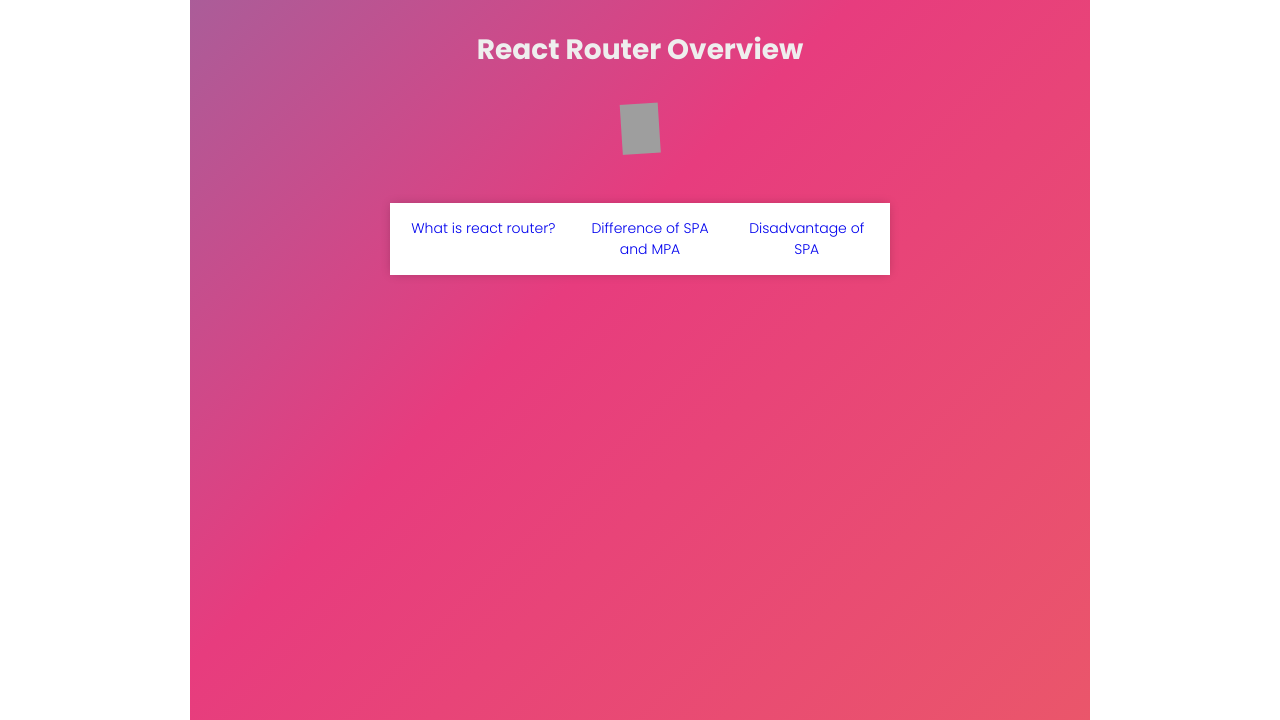
Repository: nguy3nds/2021-18-9-react
Page: /Nam
The author's editor kept a copy of each file at every save. The page is drawn from the files as they stood at one save, then again after the next save.
The browser window is 1280 px wide. The pictures show the whole page.
Pictures or frames that could not be fetched are drawn as grey boxes. The project was rebuilt for these pictures with package versions that can differ from the ones it lists, and the page was loaded fresh each time. Also part of the build but not shown: src/components/What.js, src/components/Why.js, src/components/How.js.

Above is the page before, as saved 2021-09-19 21:50:15.

### src/App.js
import React from "react";
import { BrowserRouter as Router, Switch, Route, Link } from "react-router-dom";
import "./App.css";
import What from "./components/What.js";
import How from "./components/Why";
import Why from "./components/How";
import styled, { keyframes } from "styled-components";
const logo =
  "https://lh6.googleusercontent.com/m9VlRb9FHZcqWTBz0msD2FZGpSQs84aAOwwniApLbL1oZWSDJsg4opq2uc81QzPWDtx5QJ2DeO12CFeol6vqJXcSOyp10LGoOW3K_wXIp3UDuQt1XhXE5KeUC8Epkj2hO51asKYe";

export default function App() {
  return (
    <Router>
      <DivContainer>
        <h1>React Router Overview</h1>
        <Rotate>
          <img
            src={logo}
            className="App-logo"
            alt="logo"
            style={{ width: "50px" }}
          />
        </Rotate>
        <nav>
          <ul className="menu">
            <li className="menu-item has-child">
              <Link to="/What">What is react router?</Link>
            </li>
            <li className="menu-item has-child">
              <Link to="/Why">Difference of SPA and MPA</Link>
            </li>
            <li className="menu-item has-child">
              <Link to="/How">Disadvantage of SPA</Link>
            </li>
          </ul>
        </nav>

        {/* A <Switch> looks through its children <Route>s and
        renders the first one that matches the current URL. */}
        <Switch>
          <Route path="/How">
            <How />
          </Route>
          <Route path="/Why">
            <Why />
          </Route>
          <Route path="/What">
            <What />
          </Route>
        </Switch>
      </DivContainer>
    </Router>
  );
}

const gradient = keyframes`
	0% {
		background-position: 0% 50%;
	}
	50% {
		background-position: 100% 50%;
	}
	100% {
		background-position: 0% 50%;
	}
`;

const DivContainer = styled.div`
  margin: 0 auto;
  padding: 10px;
  text-align: center;
  min-height: 100vh;
  color: #eee;
  background: linear-gradient(-45deg, #ee7752, #e73c7e, #23a6d5, #23d5ab);
  background-size: 400% 400%;
  animation: ${gradient} 15s ease infinite;
`;

const rotate360 = keyframes`
  from {
    transform: rotate(0deg);
  }

  to {
    transform: rotate(360deg);
  }
`;

const Rotate = styled.div`
  display: inline-block;
  animation: ${rotate360} 2s linear infinite;
  padding: 2rem 1rem;
  font-size: 1.2rem;
`;

### src/App.css
@import url("https://fonts.googleapis.com/css2?family=Poppins:wght@300;400;600;700&display=swap");
:root {
  --primary: #08aeea;
  --secondary: #13d2b8;
  --purple: #bd93f9;
  --pink: #ff6bcb;
  --blue: #8be9fd;
  --gray: #333;
  --font: "Poppins", sans-serif;
  --gradient: linear-gradient(40deg, #ff6ec4, #7873f5);
  --shadow: 0 0 15px 0 rgba(0, 0, 0, 0.05);
}
*,
*:before,
*:after {
  box-sizing: border-box;
}
html {
  font-size: 62.5%;
  text-align: center;
}

body {
  font-family: var(--font);
  font-size: 1.4rem;
  overflow-x: hidden;
  font-weight: 300;
  width: 900px;
  margin: 0 auto;
}

img {
  display: block;
  max-width: 100%;
}

a {
  text-decoration: none;
}

input,
button,
textarea,
select {
  font-family: var(--font);
  font-size: 1.4rem;
  font-weight: 300;
  outline: none;
  border: 0;
  margin: 0;
  padding: 0;
  border-radius: 0;
  -webkit-appearance: none;
}

button {
  cursor: pointer;
}

.menu {
  position: relative;
  max-width: 500px;
  margin: 30px auto;
  display: grid;
  grid-template-columns: 1fr 1fr 1fr;
  justify-content: center;
  background-color: white;
  padding: 1.5rem;
  box-shadow: 0 0 10px -2px rgba(0, 0, 0, 0.25);
}

.menu-link {
  font-size: 1.4rem;
  color: #918eae;
  display: block;
}
.menu-link:hover {
  color: #202842;
}

.menu-child-link {
  display: flex;
  align-items: center;
  justify-content: space-between;
  padding: 1.5rem;
  color: #918eae;
}
.menu-child-item {
  position: relative;
}
.menu-child-link:hover {
  color: #202842;
}

.menu-toggle {
  display: none;
}
.nav {
  position: relative;
}
.arrow-right {
  display: none;
}
@media screen and (min-width: 1024px) {
  .arrow-down {
    display: none;
  }
  .arrow-right {
    display: block;
  }
  .menu-item:not(:first-child) {
    margin-left: 2rem;
  }
  .menu-child {
    position: absolute;
    top: 100%;
    left: 0;
    margin-top: 1rem;
    min-width: 20rem;
    background-color: white;
    box-shadow: var(--shadow);
    display: none;
  }
  .menu-child:before {
    content: "";
    position: absolute;
    top: 0;
    left: 0;
    width: 100%;
    height: 1rem;
    background-color: transparent;
    transform: translateY(-100%);
  }
  .menu-child1 {
    top: 0;
    left: 100%;
    margin-top: 0;
  }
  .menu-item.has-child:hover > .menu-child {
    display: block;
  }
  .menu-child-item.has-child:hover > .menu-child {
    display: block;
  }
}

ul li {
  list-style: none;
}
@media screen and (max-width: 1023px) {
  .menu {
    position: absolute;
    right: 0;
    top: 100%;
    min-width: 20rem;
    background-color: white;
    box-shadow: var(--shadow);
    flex-direction: column;
    display: none;
    z-index: 100;
  }
  .menu.show,
  .menu-child.show {
    display: block;
  }
  .menu-item:not(:last-child) {
    border-bottom: 1px solid #eee;
  }
  .menu-link {
    padding: 1.5rem;
    display: flex;
    justify-content: space-between;
    align-items: center;
  }
  .menu-child {
    display: none;
    background-color: #f6f6f6;
  }
  .menu-child1 {
    background-color: #eee;
  }
  .menu-toggle {
    width: max-content;
    font-size: 2rem;
    display: block;
    margin-left: auto;
    cursor: pointer;
  }
}

Loaded but not shown: public/index.html (common file); src/index.js (common file); src/index.css (common file); src/reportWebVitals.js (common file)

After the next save:
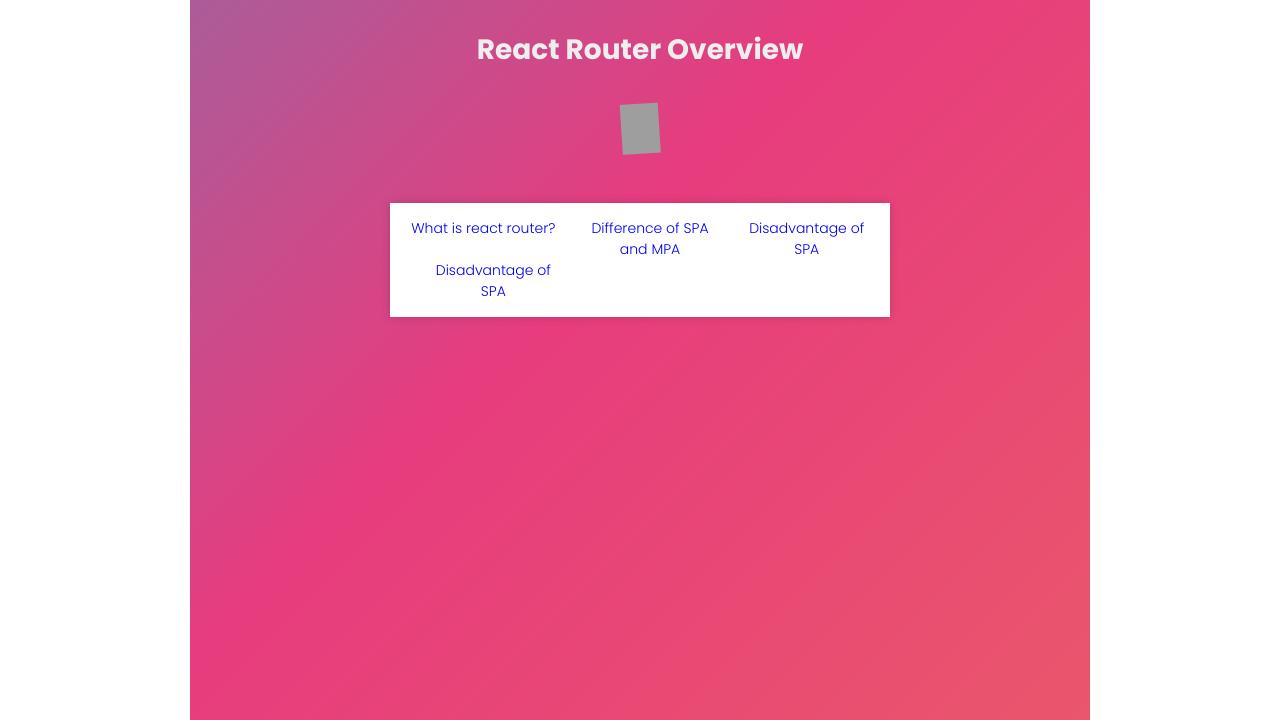
Saved 63 s later.
--- a/src/App.js
+++ b/src/App.js
@@ -24,13 +24,16 @@ export default function App() {
         <nav>
           <ul className="menu">
             <li className="menu-item has-child">
-              <Link to="/What">What is react router?</Link>
+              <Link to="/Nguyen">What is react router?</Link>
             </li>
             <li className="menu-item has-child">
-              <Link to="/Why">Difference of SPA and MPA</Link>
+              <Link to="/Mai">Difference of SPA and MPA</Link>
             </li>
             <li className="menu-item has-child">
-              <Link to="/How">Disadvantage of SPA</Link>
+              <Link to="/Nam">Disadvantage of SPA</Link>
+            </li>
+            <li className="menu-item has-child">
+              <Link to="/Tung">Disadvantage of SPA</Link>
             </li>
           </ul>
         </nav>
